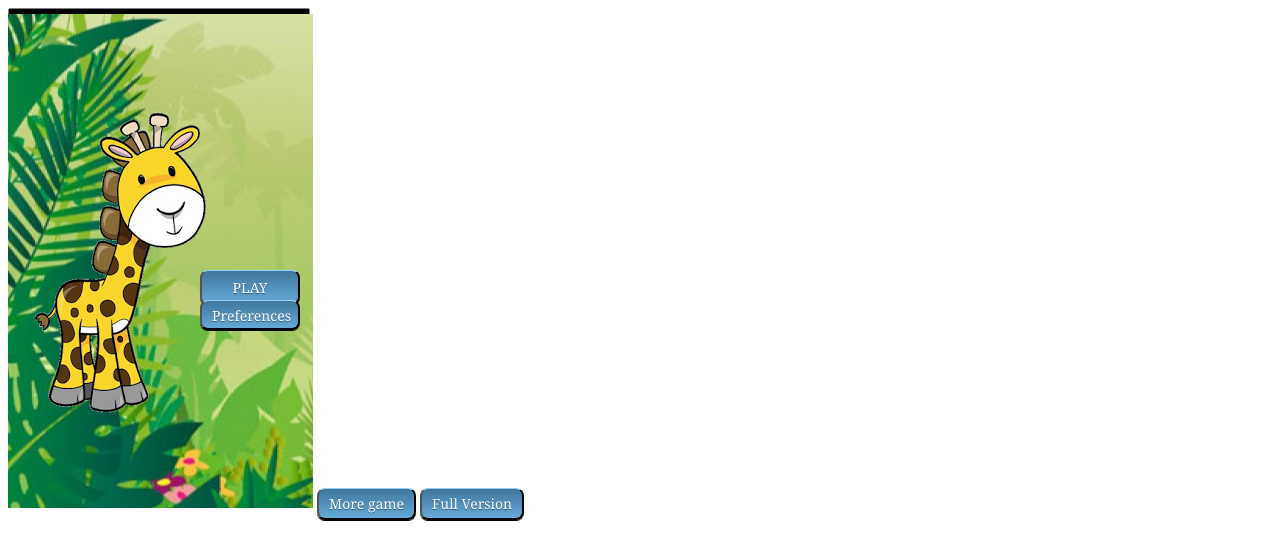
Repository: RathipriyaChandrasekaran/dotlite
Page: ConnectDots/homepage.html
These files come from the project's save history. The page is drawn as it stood at one moment and after the next save; the edit follows.
The browser window is 1280 px wide. The pictures show the whole page.

Above is the page before, as saved 2014-12-13 23:36:54.

### ConnectDots/homepage.html
<!DOCTYPE html>
<html>
<head>
     <meta charset="utf-8" />
     <meta name="viewport" content="width=device-width, initial-scale=1.0, maximum-scale=1.0">
     <link rel="stylesheet" type="text/css" href="css/appstyle.css"/>
     <script src="js/main.js"></script>
</head>
<body>

  <canvas id="canvas" width="305px" height="500px"></canvas>
  <button id="play" class="button">PLAY</button>
  <button id="pref" class="smallbutton">Preferences </button>
  <button id="moregame" class="smallbutton"> More game</button>
  <button id="fullversion" class="smallbutton">Full Version</button>
   <script>
 var points=new Array();
 var canvas = document.getElementById('canvas');
 var context = canvas.getContext('2d');
 var height = 490;
 var width = 300;

 context.beginPath();
 context.rect(1, 1, width, height);
 context.fill();
 context.lineWidth = 1;
 context.strokeStyle = 'black';
 context.stroke();

 function loadCanvas(dataURL, _cb) {

     // load image from data url
     var imageObj = new Image();
     imageObj.onload = function() {
         var imgWidth = this.width;
         var imgHeight = this.height;
         var posX = (width - imgWidth)/2;
         var posY = (height - imgHeight)/2;
         context.drawImage(this, -5, posY + 10);
         if (_cb) _cb();
     };

     imageObj.src = dataURL;
 }

loadCanvas("images/jungle.png", function() {
loadCanvas("images/girraffe.png");
});





 </script>





</body>
</html>

### ConnectDots/css/appstyle.css
#backgroundimage{
	display: block;

    background-repeat: no-repeat ;
}

#play{
	position: absolute;
	top: 270px;
	left: 200px;
	width: 100px;
	height: 35px;
}

#pref{
	position : absolute;
	top: 300px;
	left: 200px;
	width: 100px;
	height: 30px;
}
.button {
   border-top: 1px solid #96d1f8;
   background: #D2691E;
   background: -webkit-gradient(linear, left top, left bottom, from(#3e779d), to(#65a9d7));
   background: -webkit-linear-gradient(top, #3e779d, #65a9d7);
   background: -moz-linear-gradient(top, #3e779d, #65a9d7);
   background: -ms-linear-gradient(top, #3e779d, #65a9d7);
   background: -o-linear-gradient(top, #3e779d, #65a9d7);
   padding: 5px 10px;
   -webkit-border-radius: 8px;
   -moz-border-radius: 8px;
   border-radius: 8px;
   -webkit-box-shadow: rgba(0,0,0,1) 0 1px 0;
   -moz-box-shadow: rgba(0,0,0,1) 0 1px 0;
   box-shadow: rgba(0,0,0,1) 0 1px 0;
   text-shadow: rgba(0,0,0,.4) 0 1px 0;
   color: white;
   font-size: 14px;
   font-family: Georgia, serif;
   text-decoration: none;
   vertical-align: middle;
   }
.button:hover {
   border-top-color: #28597a;
   background: #28597a;
   color: #ccc;
   }
.button:active {
   border-top-color: #1b435e;
   background: #1b435e;
   }
   .smallbutton {
   border-top: 1px solid #96d1f8;
   background:#65a9d7;
   background: -webkit-gradient(linear, left top, left bottom, from(#3e779d), to(#65a9d7));
   background: -webkit-linear-gradient(top, #3e779d, #65a9d7);
   background: -moz-linear-gradient(top, #3e779d, #65a9d7);
   background: -ms-linear-gradient(top, #3e779d, #65a9d7);
   background: -o-linear-gradient(top, #3e779d, #65a9d7);
   padding: 5px 10px;
   -webkit-border-radius: 8px;
   -moz-border-radius: 8px;
   border-radius: 8px;
   -webkit-box-shadow: rgba(0,0,0,1) 0 1px 0;
   -moz-box-shadow: rgba(0,0,0,1) 0 1px 0;
   box-shadow: rgba(0,0,0,1) 0 1px 0;
   text-shadow: rgba(0,0,0,.4) 0 1px 0;
   color: white;
   font-size: 14px;
   font-family: Georgia, serif;
   text-decoration: none;
   vertical-align: middle;
   }

### ConnectDots/js/main.js
var startTime;
var checkTime;

//Initialize function
var init = function () {
	// TODO:: Do your initialization job
	console.log("init() called");

	// add eventListener for tizenhwkey
	document.addEventListener('tizenhwkey', function(e) {
		if(e.keyName == "back") {
			try {
				tizen.application.getCurrentApplication().exit();
			} catch (error) {
				console.error("getCurrentApplication(): " + error.message);
			}
		}
	});
};
// window.onload can work without <body onload="">
window.onload = init;

function startTime() {
	var today = new Date();
	var h = today.getHours();

	var m = today.getMinutes();
	var s = today.getSeconds();
	m = checkTime(m);
	s = checkTime(s);
	document.getElementById('divbutton1').innerHTML="Current time: " + h + ":" + m + ":" + s;
	var t = setTimeout(startTime, 250);
}

function checkTime(i) {
	if (i < 10) {
		i="0" + i;
	}
	return i;
}

After the next save:
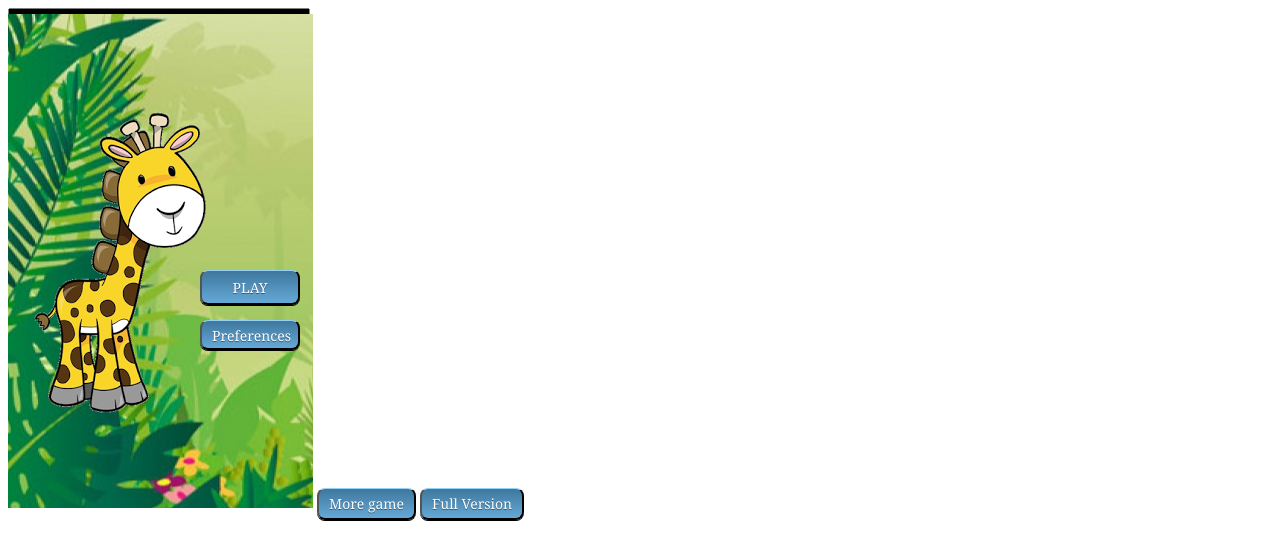
Saved 12 s later.
--- a/ConnectDots/css/appstyle.css
+++ b/ConnectDots/css/appstyle.css
@@ -14,7 +14,7 @@
 
 #pref{
 	position : absolute;
-	top: 300px;
+	top: 320px;
 	left: 200px;
 	width: 100px;
 	height: 30px;
